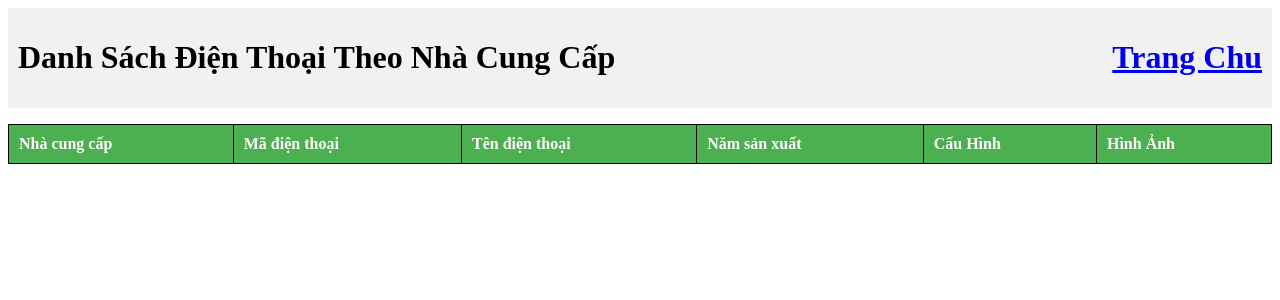
Repository: ducvu2414/WWW_OnGK
Page: http://localhost/Bai1/DanhSachDienThoaiNCC
These files come from the project's save history. The page is drawn as it stood at one moment and after the next save; the edit follows.
The browser window is 1280 px wide. The pictures show the whole page.
The page is served by Tomcat 10. Queries for data that is not in the repository find no rows.

Above is the page before, as saved 2024-10-05 05:46:02.

After the next save:
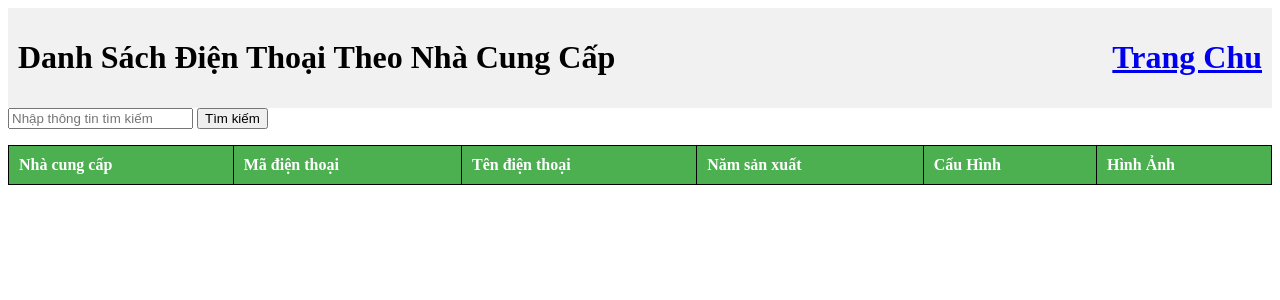
Saved 40 s later.
--- a/Bai1/src/main/webapp/DanhSachDienThoaiNCC.jsp
+++ b/Bai1/src/main/webapp/DanhSachDienThoaiNCC.jsp
@@ -52,6 +52,8 @@ th {
 			action="DanhSachDienThoaiNCCServlet"
 			method="GET">
 			<iput type="hidden" name="action" value="search" />
+			<input type="text" name="thongTinTimKiem" placeholder="Nhập thông tin tìm kiếm" />
+			<input type="submit" value="Tìm kiếm" />
 		</form>
 	</div>
 
